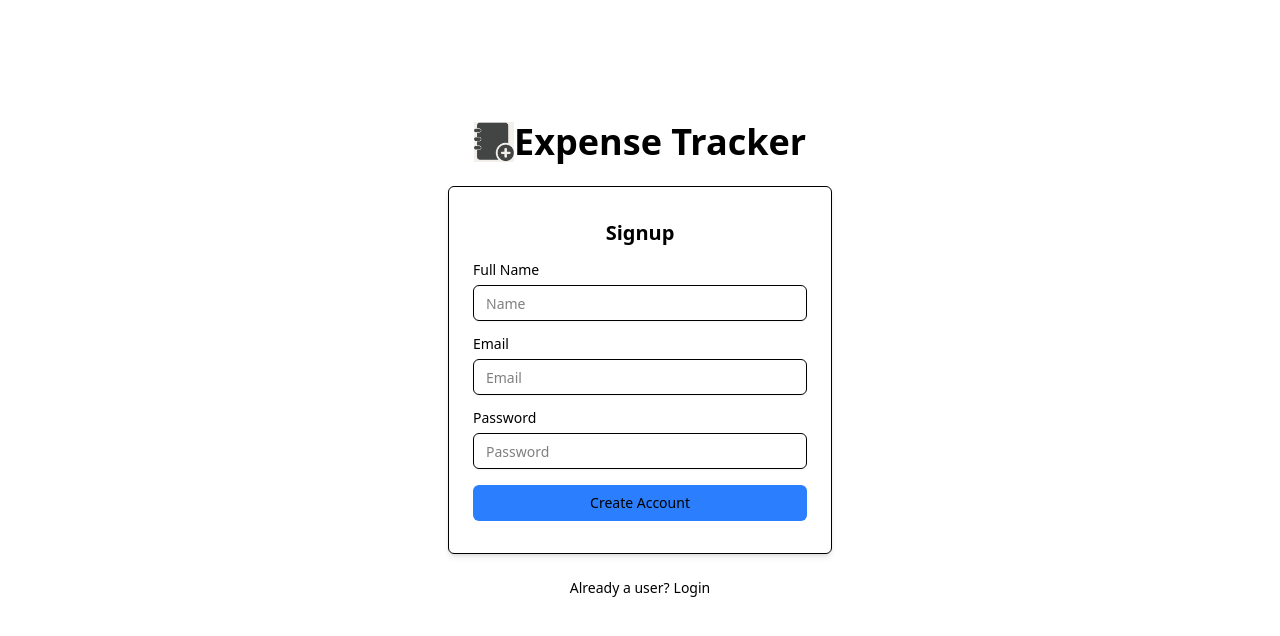
Repository: Syed-Mohsin-Ali786/frontend-expense-tracker
Page: /signup
An editor plug-in stored every save of this project. The page is shown before and after the next save, followed by the edit.
The browser window is 1280 px wide. The pictures show the whole page.
The project was rebuilt for these pictures with package versions that can differ from the ones it lists, and the page was loaded fresh each time. Also part of the build but not shown: src/components/ui/dialog.tsx, src/components/AddExpenseDialog.tsx, src/pages/MainPage.tsx.

Above is the page before, as saved 2025-09-30 11:02:56.

### index.html
<!doctype html>
<html lang="en">
  <head>
    <meta charset="UTF-8" />
    <link rel="icon" type="image/svg+xml" href="/ExpenseTracker.png" />
    <meta name="viewport" content="width=device-width, initial-scale=1.0" />
    <title>Expense Tracker</title>
  </head>
  <body>
    <div id="root"></div>
    <script type="module" src="/src/main.tsx"></script>
  </body>
</html>

### src/main.tsx
import { StrictMode } from "react";
import { createRoot } from "react-dom/client";

import App from "./App.tsx";
import { BrowserRouter } from "react-router-dom";

createRoot(document.getElementById("root")!).render(
    <StrictMode>
  <BrowserRouter>
      <App />
  </BrowserRouter>
    </StrictMode>
);

### src/App.tsx
import { Route, Routes } from "react-router-dom";
import MainPage from "./pages/MainPage";
import "./App.css";
import SignUp from "./pages/SignUp";


function App() {
  return (
    <>
    <Routes>

      <Route path="/" element={<MainPage/>}/>
      <Route path="/signup" element={<SignUp/>}/>
    </Routes>
    </>
  );
}

export default App;

### src/pages/SignUp.tsx
import { Button } from "@/components/ui/button";
import { Input } from "@/components/ui/input";
import { Label } from "@/components/ui/label";
import { Link } from "react-router";

interface Signup2Props {
  heading?: string;
  logo?: {
    url: string;
    src: string;
    alt: string;
    title?: string;
  };
  buttonText?: string;
  googleText?: string;
  signupText?: string;
  signupUrl?: string;
}

const SignUp = ({
  heading = "Signup",
  logo = {
    url: "/",
    src: "/ExpenseTracker.png",
    alt: "logo",
    title: "Expense Tracker",
  },
   buttonText = "Create Account",
  signupText = "Already a user?",
  signupUrl = "/login",
}: Signup2Props) => {
  return (
    <section className="bg-muted h-screen">
      <div className="flex h-full items-center justify-center">
        <div className="flex flex-col items-center gap-6 lg:justify-start">
          {/* Logo */}
          <Link to={logo.url} className="flex">
            <img
              src={logo.src}
              alt={logo.alt}
              title={logo.title}
              className="h-10 dark:invert"
            />
            <h1 className="text-2xl font-semibold sm:text-3xl md:text-4xl ">{logo.title}</h1>
          </Link>
          <div className="min-w-sm border-muted bg-background flex w-full max-w-sm flex-col items-center gap-y-4 rounded-md border px-6 py-8 shadow-md">
            {heading && <h1 className="text-xl font-semibold">{heading}</h1>}
            <div className="flex w-full flex-col gap-2">
              <Label>Full Name</Label>
              <Input
                type="text"
                placeholder="Name"
                className="text-sm"
                required
              />
            </div>
            <div className="flex w-full flex-col gap-2">
              <Label>Email</Label>
              <Input
                type="email"
                placeholder="Email"
                className="text-sm"
                required
              />
            </div>
            <div className="flex w-full flex-col gap-2">
              <Label>Password</Label>
              <Input
                type="password"
                placeholder="Password"
                className="text-sm"
                required
              />
            </div>
            <Button type="submit" className="w-full bg-blue-500 hover:bg-blue-600 cursor-pointer">
              {buttonText}
            </Button>
          </div>
          <div className="text-muted-foreground flex justify-center gap-1 text-sm">
            <p>{signupText}</p>
            <Link
              to={signupUrl}
              className="text-primary font-medium hover:underline"
            >
              Login
            </Link>
          </div>
        </div>
      </div>
    </section>
  );
};

export default SignUp;

### src/components/ui/button.tsx
import * as React from "react"
import { Slot } from "@radix-ui/react-slot"
import { cva, type VariantProps } from "class-variance-authority"

import { cn } from "@/lib/utils"

const buttonVariants = cva(
  "inline-flex items-center justify-center gap-2 whitespace-nowrap rounded-md text-sm font-medium transition-all disabled:pointer-events-none disabled:opacity-50 [&_svg]:pointer-events-none [&_svg:not([class*='size-'])]:size-4 shrink-0 [&_svg]:shrink-0 outline-none focus-visible:border-ring focus-visible:ring-ring/50 focus-visible:ring-[3px] aria-invalid:ring-destructive/20 dark:aria-invalid:ring-destructive/40 aria-invalid:border-destructive",
  {
    variants: {
      variant: {
        default: "bg-primary text-primary-foreground hover:bg-primary/90",
        destructive:
          "bg-destructive text-white hover:bg-destructive/90 focus-visible:ring-destructive/20 dark:focus-visible:ring-destructive/40 dark:bg-destructive/60",
        outline:
          "border bg-background shadow-xs hover:bg-accent hover:text-accent-foreground dark:bg-input/30 dark:border-input dark:hover:bg-input/50",
        secondary:
          "bg-secondary text-secondary-foreground hover:bg-secondary/80",
        ghost:
          "hover:bg-accent hover:text-accent-foreground dark:hover:bg-accent/50",
        link: "text-primary underline-offset-4 hover:underline",
        expense:"cursor-pointer hover:bg-blue-600 bg-blue-500  md:px-6 lg:px-8 rounded-[12px] font-semibold text-[#ffff] text-2xl"
      },
      size: {
        default: "h-9 px-4 py-2 has-[>svg]:px-3",
        sm: "h-8 rounded-md gap-1.5 px-3 has-[>svg]:px-2.5",
        lg: "h-10 rounded-md px-6 has-[>svg]:px-4",
        icon: "size-9",
      },
    },
    defaultVariants: {
      variant: "default",
      size: "default",
    },
  }
)

function Button({
  className,
  variant,
  size,
  asChild = false,
  ...props
}: React.ComponentProps<"button"> &
  VariantProps<typeof buttonVariants> & {
    asChild?: boolean
  }) {
  const Comp = asChild ? Slot : "button"

  return (
    <Comp
      data-slot="button"
      className={cn(buttonVariants({ variant, size, className }))}
      {...props}
    />
  )
}

export { Button }

### src/components/ui/input.tsx
import * as React from "react"

import { cn } from "@/lib/utils"

function Input({ className, type, ...props }: React.ComponentProps<"input">) {
  return (
    <input
      type={type}
      data-slot="input"
      className={cn(
        "file:text-foreground placeholder:text-muted-foreground selection:bg-primary selection:text-primary-foreground dark:bg-input/30 border-input h-9 w-full min-w-0 rounded-md border bg-transparent px-3 py-1 text-base shadow-xs transition-[color,box-shadow] outline-none file:inline-flex file:h-7 file:border-0 file:bg-transparent file:text-sm file:font-medium disabled:pointer-events-none disabled:cursor-not-allowed disabled:opacity-50 md:text-sm",
        "focus-visible:border-ring focus-visible:ring-ring/50 focus-visible:ring-[3px]",
        "aria-invalid:ring-destructive/20 dark:aria-invalid:ring-destructive/40 aria-invalid:border-destructive",
        className
      )}
      {...props}
    />
  )
}

export { Input }

Loaded but not shown: src/App.css (common file); src/components/ui/label.tsx (common file); src/lib/utils.ts (common file)

After the next save:
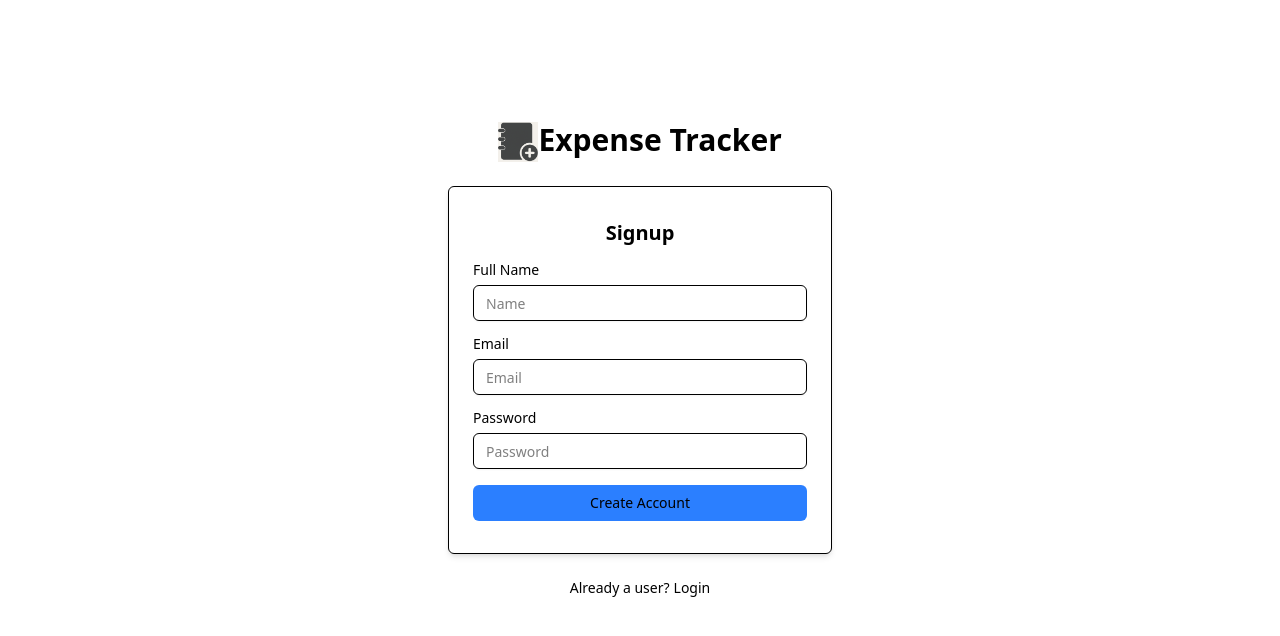
Saved 16 s later.
--- a/src/pages/SignUp.tsx
+++ b/src/pages/SignUp.tsx
@@ -41,7 +41,7 @@ const SignUp = ({
               title={logo.title}
               className="h-10 dark:invert"
             />
-            <h1 className="text-2xl font-semibold sm:text-3xl md:text-4xl ">{logo.title}</h1>
+            <h1 className="text-2xl font-semibold sm:text-3xl ">{logo.title}</h1>
           </Link>
           <div className="min-w-sm border-muted bg-background flex w-full max-w-sm flex-col items-center gap-y-4 rounded-md border px-6 py-8 shadow-md">
             {heading && <h1 className="text-xl font-semibold">{heading}</h1>}
